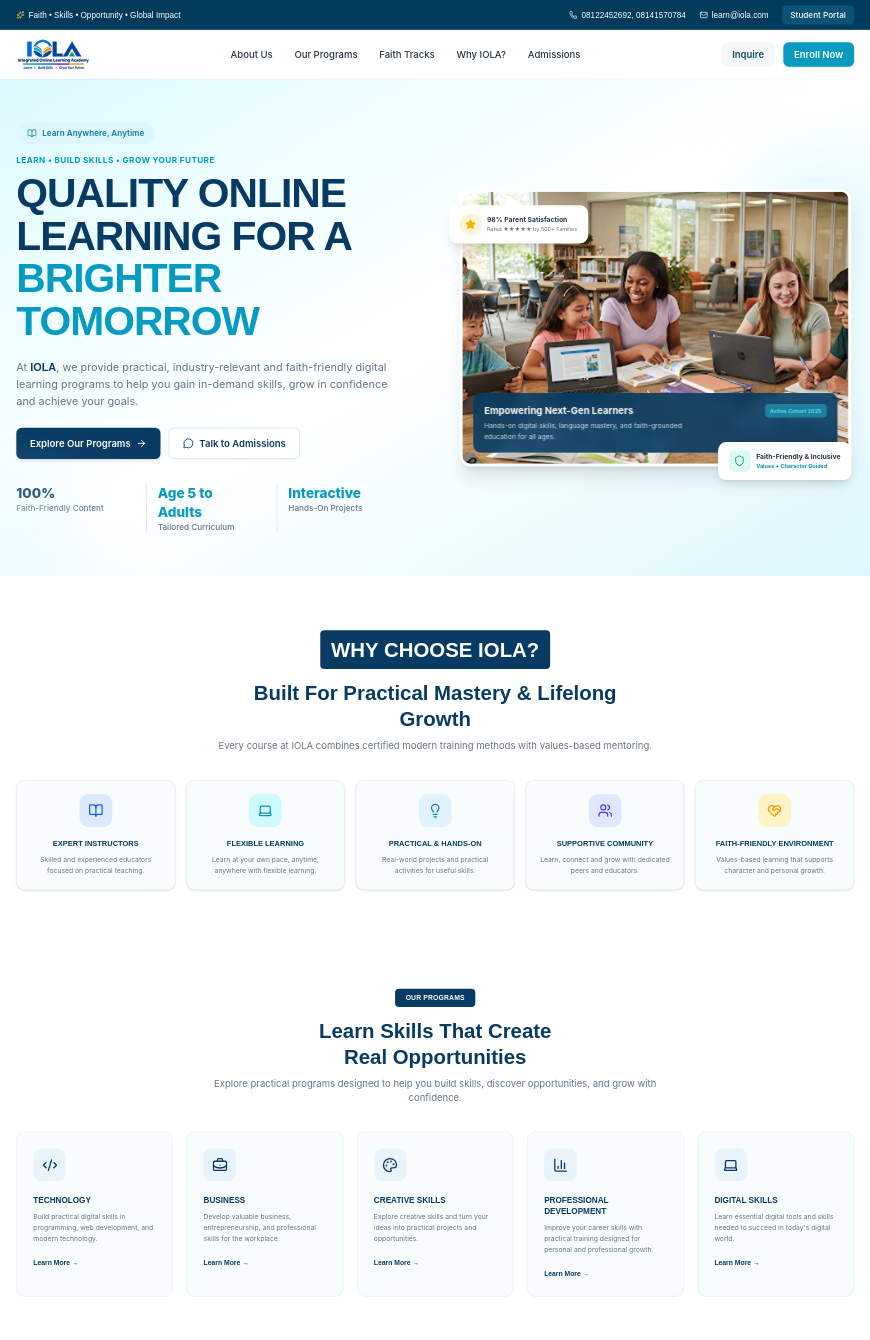
Repository: segunrotini/iola
Page: /
An editor plug-in stored every save of this project. The page is shown before and after the next save, followed by the edit.
The browser window is 1280 px wide. The pictures show the whole page, at 68% of full size.
The project was rebuilt for these pictures with package versions that can differ from the ones it lists, and the page was loaded fresh each time. Also part of the build but not shown: vite.config.ts.

Above is the page before, as saved 2026-09-29 16:46:38.

After the next save:
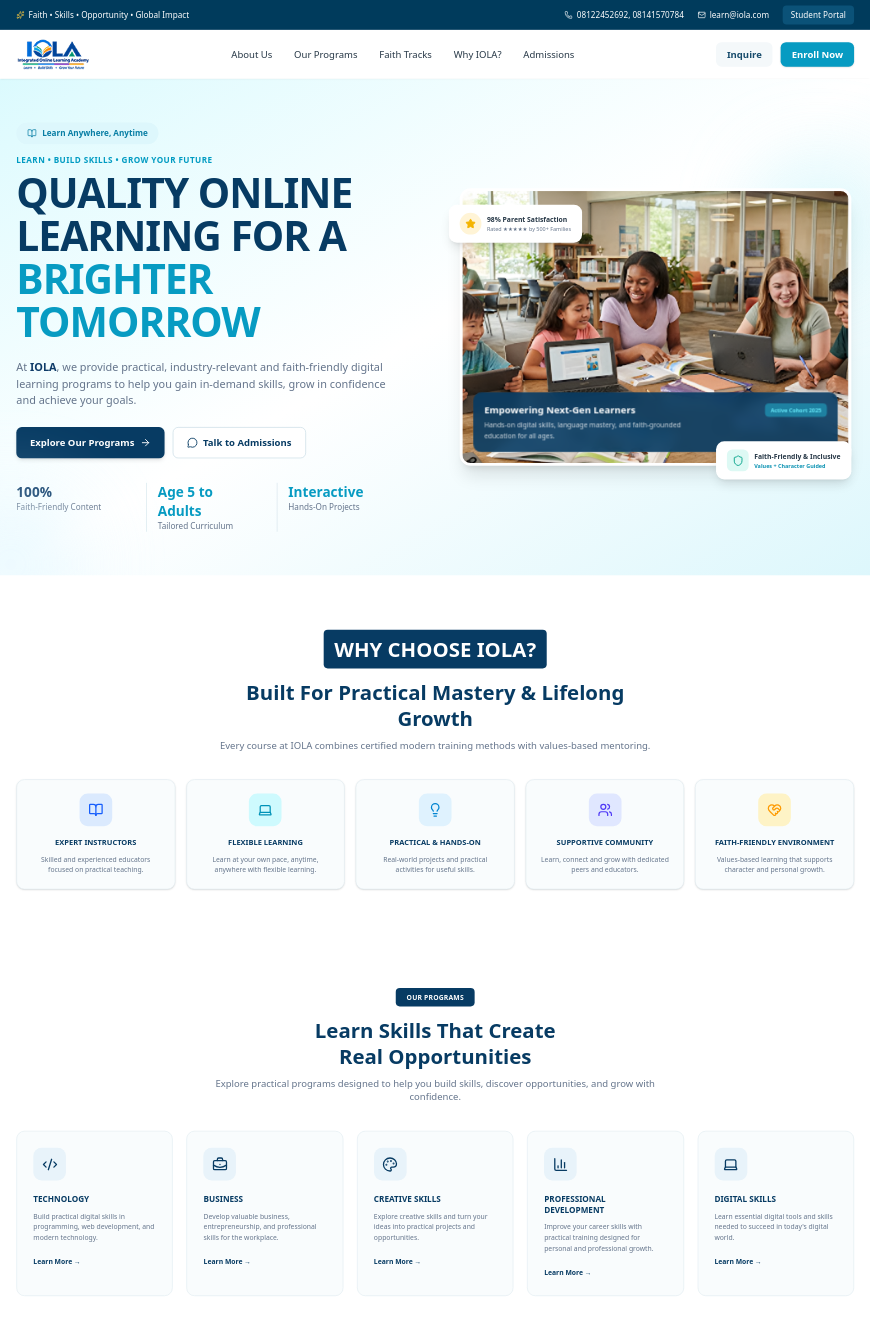
Saved 14 h 7 min later.
--- a/src/index.css
+++ b/src/index.css
@@ -1,21 +1,2 @@
 @import "tailwindcss";
 @import url('https://fonts.googleapis.com/css2?family=Inter:wght@400;500;600;700;800&family=Montserrat:wght@400;500;600;700;800&display=swap');
-
-:root {
-  font-family: "Inter", sans-serif;
-}
-
-body {
-  font-family: "Inter", sans-serif;
-}
-
-h1,
-h2,
-h3,
-h4,
-h5,
-h6,
-button,
-span {
-  font-family: "Montserrat", sans-serif;
-}
